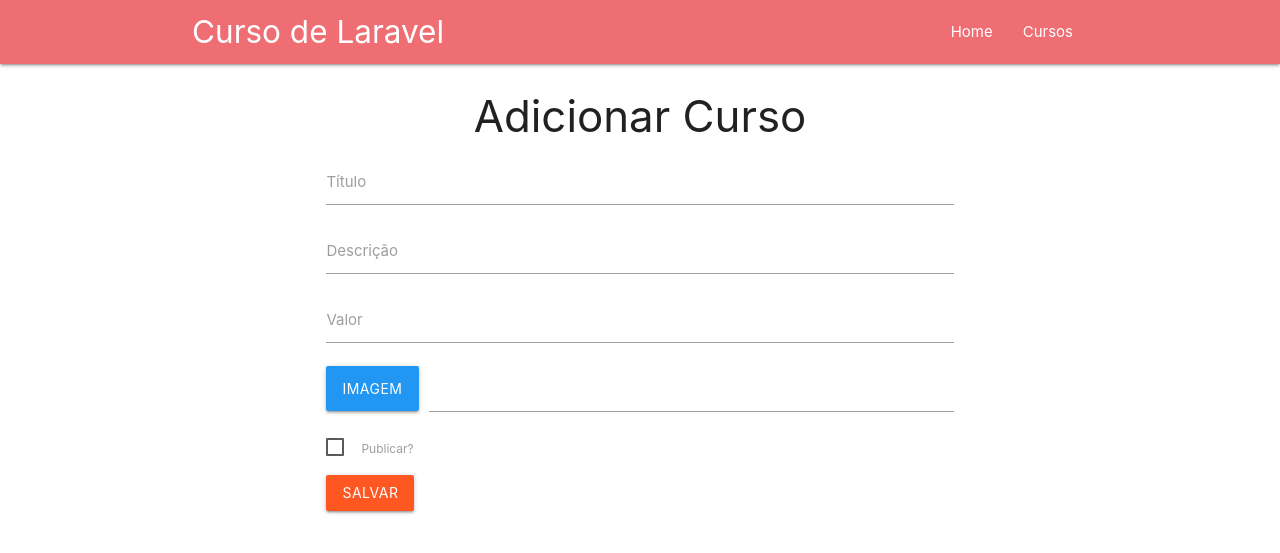
Repository: Kesteves1/Curso_Laravel
Page: http://localhost/login
The author's editor kept a copy of each file at every save. The page is drawn from the files as they stood at one save, then again after the next save.
The browser window is 1280 px wide. The pictures show the whole page.
Some web libraries are served in a nearby version. The page is served by the project's Laravel application, run on PHP 8.4 with Laravel 8.

Above is the page before, as saved 2022-04-13 09:39:23.
Console error: TypeError: $(...).sideNav is not a function

After the next save:
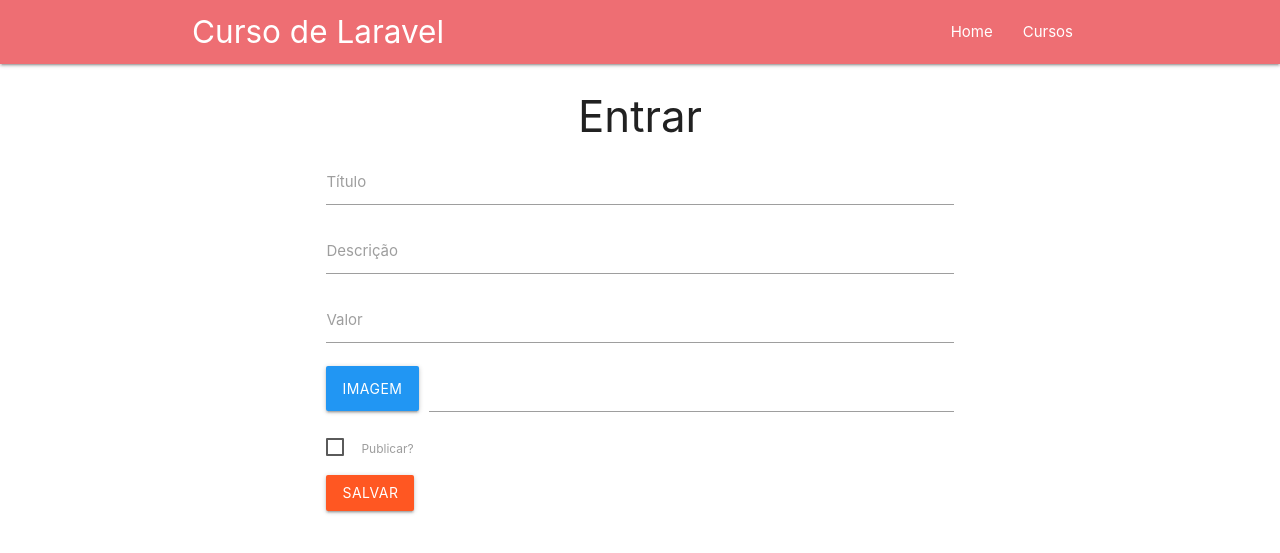
Saved 16 s later.
--- a/resources/views/login/index.blade.php
+++ b/resources/views/login/index.blade.php
@@ -4,7 +4,7 @@
 
 @section('conteudo')
     <div class="container">
-        <h3 class="center">Adicionar Curso</h3>
+        <h3 class="center">Entrar</h3>
             <div class="row">
                 <form class="" method="POST" enctype="multipart/form-data" action="{{route('admin.cursos.salvar')}}">
                         @csrf
